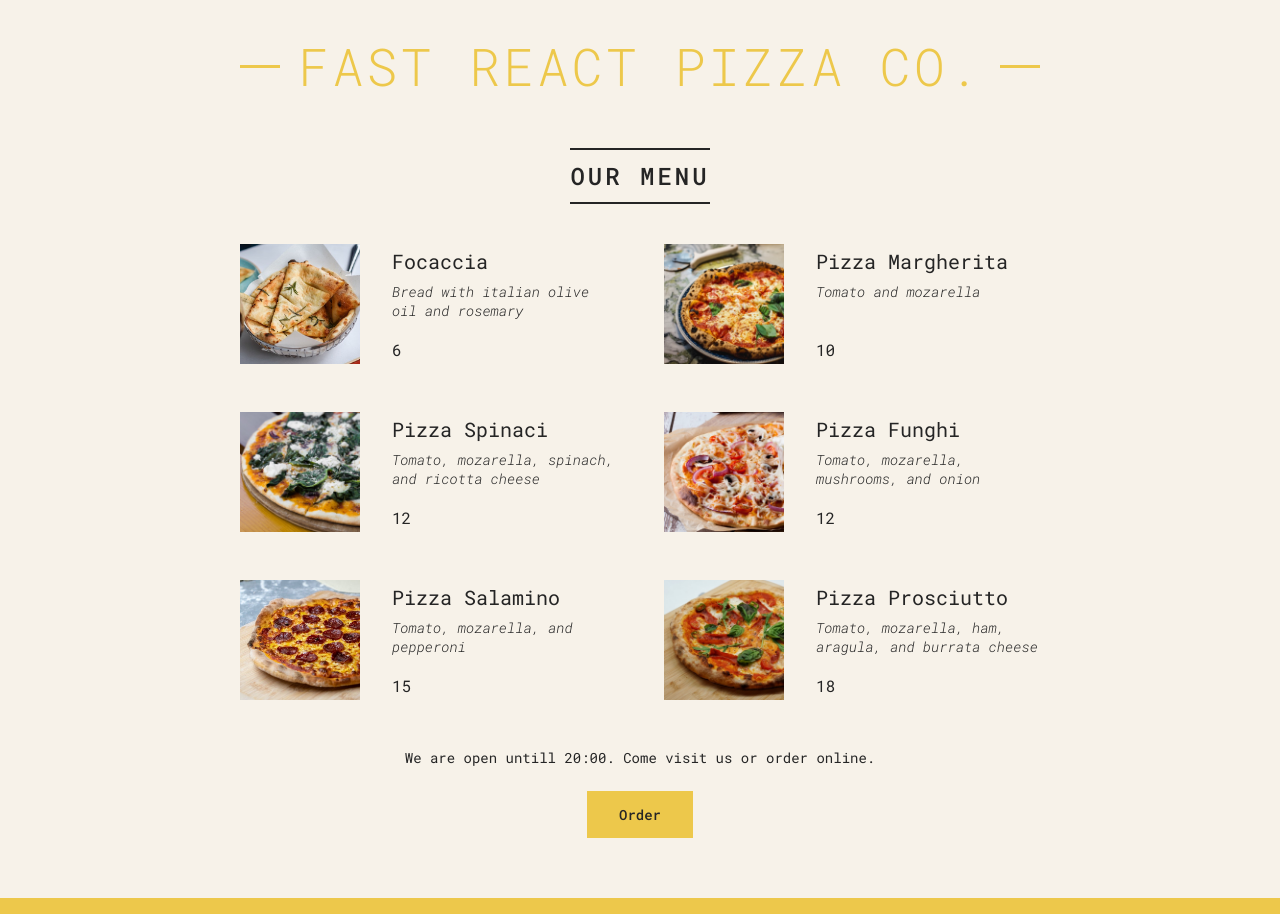
Repository: Aaryan-Poria/pizza-menu
Page: /
An editor plug-in stored every save of this project. The page is shown before and after the next save, followed by the edit.
The browser window is 1280 px wide. The pictures show the whole page.
The project was rebuilt for these pictures with package versions that can differ from the ones it lists, and the page was loaded fresh each time.

Above is the page before, as saved 2023-10-21 20:13:16.

After the next save:
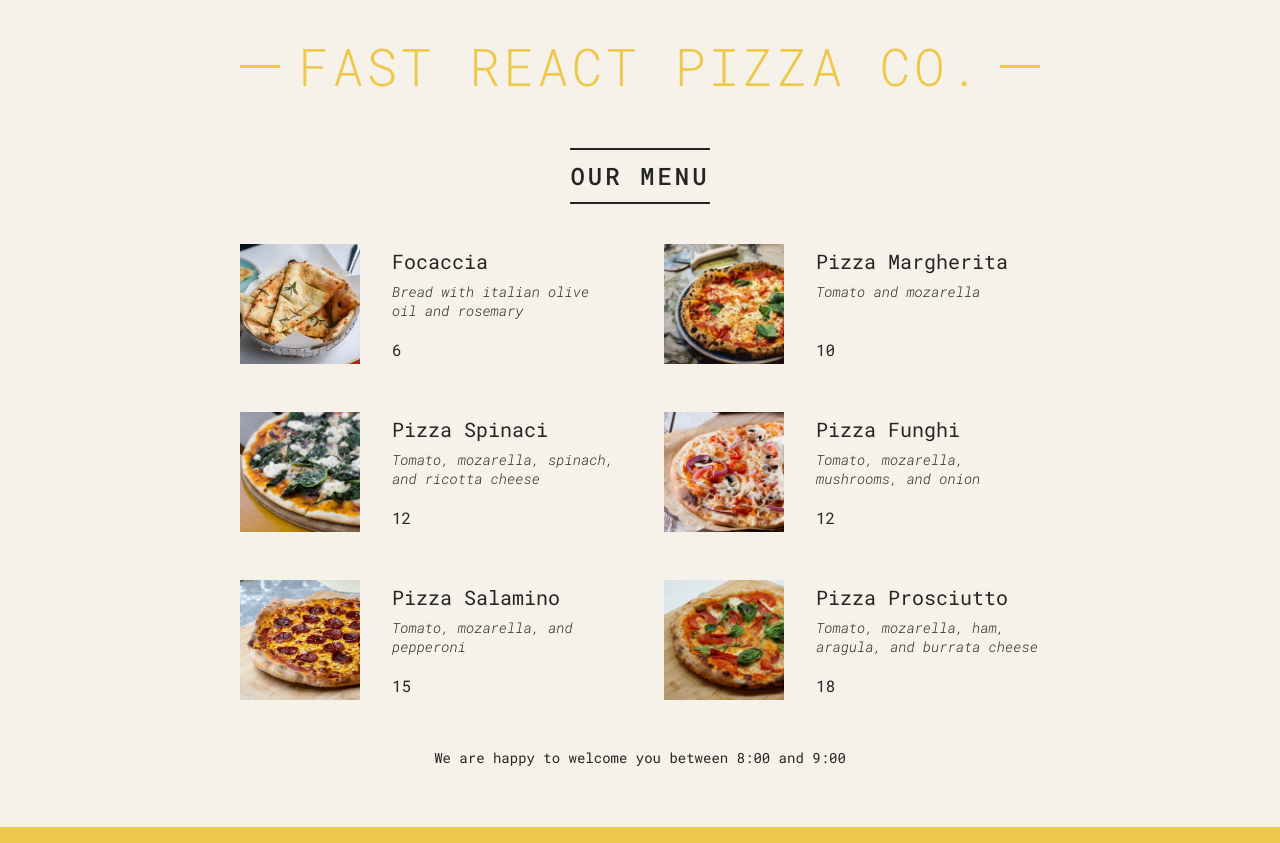
Saved 25 s later.
--- a/src/index.js
+++ b/src/index.js
@@ -119,7 +119,7 @@ function Pizza(props) {
 function Footer() {
   const hour = new Date().getHours();
   const openingHour = 8;
-  const closingHour = 20;
+  const closingHour = 9;
 
   const isOpen = hour >= openingHour && hour <= closingHour;
 
